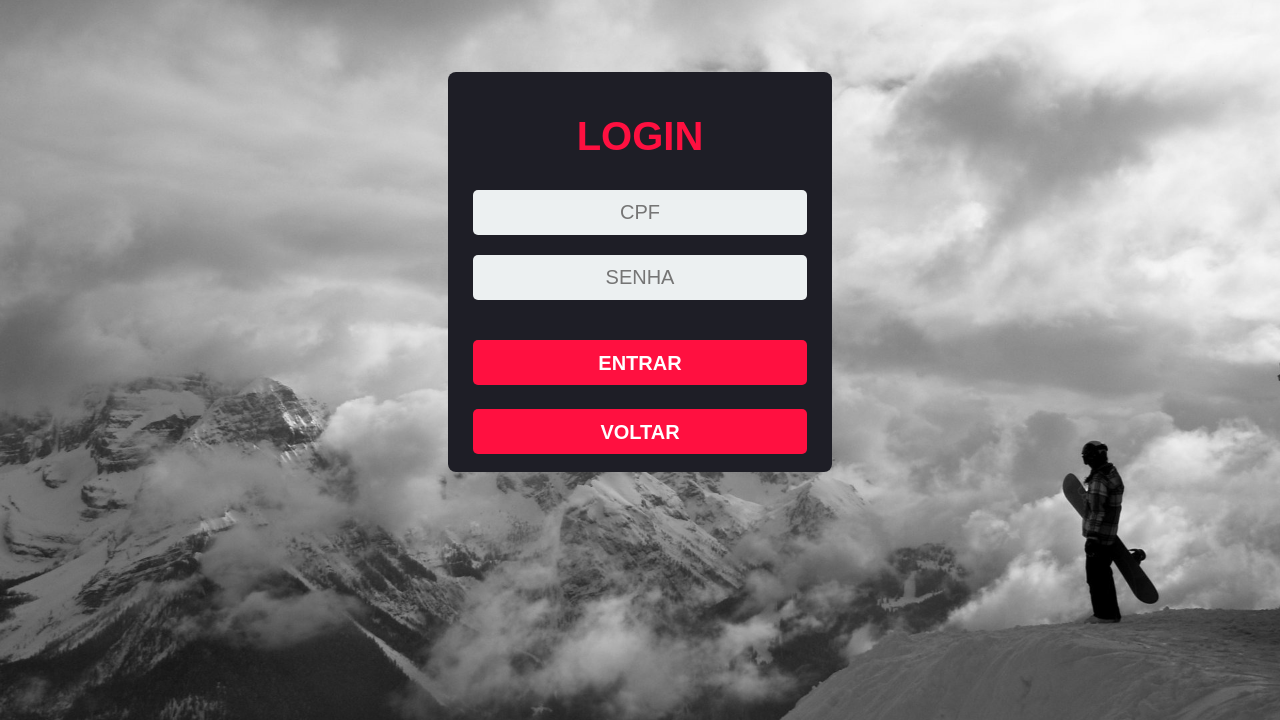
Repository: davitolentino/EventCreator
Page: http://localhost/EventCreator/login.jsp
An editor plug-in stored every save of this project. The page is shown before and after the next save, followed by the edit.
The browser window is 1280 px wide. The pictures show the whole page.
Some web fonts or font styles are not loaded; a fallback is used. The page is served by Tomcat 9. Other server files are loaded and not shown.

Above is the page before, as saved 2020-07-08 16:37:38.

### frontend/EventCreator/WebContent/login.jsp
<%@ page language="java" contentType="text/html; charset=ISO-8859-1"
    pageEncoding="ISO-8859-1"%>
<!DOCTYPE html>
<html>
<head>
<meta charset="ISO-8859-1">
<title>Entrar</title>
<link rel="stylesheet" href="https://fonts.googleapis.com/css?family=Raleway">
<script src="js\jquery.min.js"></script>
<script src="https://code.jquery.com/jquery-3.4.1.js"></script>
<link rel="stylesheet" href="bootstrap\css\bootstrap.min.css" />
<script src="bootstrap\js\bootstrap.min.js"></script>
<link rel='stylesheet' href='style.css' />
<link rel="shortcut icon" type="image/x-icon" href="img/ico.png">
<style>
    body {
        font-family: 'SST W01 Roman','SST W02 Roman','SST W10 Roman','SST W15 Roman',Arial,Helvetica,sans-serif;
        background-image: url(img/backlogin.jpg);
        background-repeat: no-repeat;
        background-position: center;
        background-size: cover;
        background-repeat: no-repeat;
        height: 90vh;
    }

    a {
        color: white;
    }
    a:link{
        text-decoration: none;
        color: white;
    }
    a:hover{
        text-decoration: none;
        color: white
    }

    #loginG {
        color: #ff1040;
    }

    * {
        margin: 0;
        padding: 0;
        outline: none;
        box-sizing: border-box;
        font-family: 'Raleway', sans-serif;
    }

    .cont {
        position: relative;
        width: 25%;
        height: 400px;
        padding: 10px 25px;
        margin: 10vh auto;
        background: #1e1e26;
        border-radius: 8px;
    }

    .form {
        width: 100%;
        height: 100%;
    }

    h1,
    h2,
    .user,
    .pass {
        text-align: center;
        display: block;
    }

    h1 {
        color: #606060;
        font-weight: bold;
        font-size: 40px;
        margin: 30px auto;
    }

    .user,
    .pass,
        .login {
            width: 100%;
            height: 45px;
            border: none;
            border-radius: 5px;
            font-size: 20px;
            font-weight: lighter;
            margin-bottom: 20px;
        }

    .user,
    .pass {
        background: #ecf0f1;
    }

    .login {
        color: white;
        cursor: pointer;
        margin-top: 20px;
        background: #ff1040;
        transition: 0.4s ease;
        font-weight: bold;
    }

    input {
        color: black;
    }

    .back {
        width: 100%;
        height: 45px;
        border: none;
        border-radius: 5px;
        font-size: 20px;
        font-weight: lighter;

        color: white;
        cursor: pointer;

        background: #ff1040;
        transition: 0.4s ease;
        font-weight: bold;
    }

    .login:hover {
        background: #ff0033;
    }

    .back:hover {
        background: #ff0033;
    }


    @media only screen and (min-width : 50px) {
        .cont {
            width: 300%
        }
    }

    @media only screen and (min-width : 280px) {
        .cont {
            width: 90%
        }
    }

    @media only screen and (min-width : 480px) {
        .cont {
            width: 60%
        }
    }

    @media only screen and (min-width : 768px) {
        .cont {
            width: 40%
        }
    }

    @media only screen and (min-width : 992px) {
        .cont {
            width: 30%
        }
    }

    h2 {
        color: #fff;
        margin-top: 25px;
    }
</style>
</head>
<body>
	<%
		String right = request.getParameter("right");
		if(right != null){
			if(right.equals("right")){
	%>
		<div class="alert alert-danger" align="center">
			Parabéns, você foi cadastrado(a) com sucesso!
		</div>
	<%
			}else{
	%>
		<script>
		 	alert("Erro ao cadastrar123.");
		</script>
	<%
			}
		}
	%>
	<% String whois = (session.getAttribute("user") == null) ? "nobody" : session.getAttribute("user").toString();%>
	<div class="cont">
        <div class="form">
			<form method="POST" action="process">
			    <%if(whois.equals("nobody")){ %>
			    	<h1 id="loginG">LOGIN</h1>
				    <input type="text" class="user" name="cpf" placeholder="CPF"/>
				    <input type="password" class="pass" name="senha" placeholder="SENHA"/>
			    	<input type="hidden" name="log" value="true">
			    	<button class="login">ENTRAR</button>
			    <%}else{ %>
			    	<input type="hidden" name="log" value="false">
			    	<button class="login mt-5 mb-5">SAIR</button>
			    <%} %>

			    <input type="hidden" name="action" value="auth">
			</form>
			<button class="btn back mt-1"><a href="home.jsp">VOLTAR</a></button>
		</div>
	</div>
</body>
</html>

### frontend/EventCreator/WebContent/style.css
* {
    margin: 0;
    padding: 0;
    color: whitesmoke;
}

body {
    font-family: 'SST W01 Roman','SST W02 Roman','SST W10 Roman','SST W15 Roman',Arial,Helvetica,sans-serif;
    background-color: #ff1040;
    width: 100%;
    height: 100%;
    min-width: 20%;
    min-height: 20%;
}


::-webkit-scrollbar {
    width: 12px;
    background-color: #F5F5F5;
}

::-webkit-scrollbar-thumb {
    border-radius: 10px;
    -webkit-box-shadow: inset 0 0 6px rgba(0, 0, 0, .3);
    background-color: #555;
}

#navbar{
    width: 100%;
    height: 50%;
}


#logo{
    max-width: 280px;
    min-width: 200px;
    height: 48px;
    max-height: 80;
    margin-left: 5rem;

}

.nav-item {
    float: right;
    display: flex;
    justify-content: end;
    margin-left: 2rem;
    font-size: 1rem;
}


.navbar-toggler{
    background-color: white;
    text-align: center;
}

.carousel-item{
    max-width: 100%;
    max-height: 1000px;

}



.padding-64 {
    padding-top: 64px;
    padding-bottom: 64px;
}

#sectioncards{
    background-color: whitesmoke;
    text-align: center;
    display: block;
    width: 100%;
    background-repeat: no-repeat;
    border-bottom: 100px solid transparent;
}

.container {
    width: 100%;
    display: flex;
    flex-wrap: wrap;
    justify-content: space-between;
    max-width: 80%;
    margin: 0 auto;
    padding: 1rem;
}

.box {
    position: relative;
    width: 300px;
    height: 400px;
    background: transparent;
    display: flex;
    padding: 1rem;
}

@media (min-width: 40rem) {
    .box {
        width: 50%;
    }
}

@media (min-width: 56rem) {
    .box {
        width: 33.3333%;
    }
}

.box .imgBx {
    position: relative;
    top: 0;
    left: 0;
    width: 100%;
    height: 100%;
}

.box .imgBx img {
    position: absolute;
    top: 0;
    left: 0;
    width: 100%;
    height: 100%;
    object-fit: cover;
    transition: 0.5s;
}

.box:hover .imgBx img {
    opacity: 0;
}

.box .content {

    position: absolute;
    bottom: 20px;
    left: 10%;
    width: 80%;
    height: 60px;
   /* background: rgba(0, 0, 0, 0.808);*/
    transition: 0.5s;
    overflow: hidden;
    padding: 15px;
    box-sizing: border-box;
}

.box:hover .content {
    width: 100%;
    height: 100%;
    bottom: 0;
    left: 0;
}

.box .content h3 {
    margin: 0;
    padding: 0;
    font-size: 20px;
}

.box .content p {
    color: whitesmoke;
    margin: 10px 0 0;
    padding: 0;
    opacity: 0;
    line-height: 1.2em;
    transition: 0.5s;

}

.box:hover .content p {
    opacity: 1;
    transition-delay: 0.5s;
}

/*APP*/

#sectionApp {
    background-color: white;
    width: 100%;
}

#smartphone {
    max-width: 500px;
    width: 100%;
    max-height: 500px;
    min-height: auto;
    background-size: 100%;
    background-repeat: no-repeat;
}

.containerApp,
.panel {
    padding: 0.01em 16px;
}

.contentApp {
    max-width: 980px;
}

.contentApp,
.auto {
    margin-left: auto;
    margin-right: auto;
}

#AppText {
    border-radius: 50px red;
    color: #ff1040;
}


.container2 {
    width: 100%;
    display: flex;
    flex-wrap: wrap;
    justify-content: space-evenly;
    max-width: 80%;
    margin: 0 auto;
    padding: 1rem;
}

/*footer*/

.footer
{
  background-color:#ff1040;
  padding:45px 0 20px;
  font-size:15px;
  line-height:24px;
  color:white;
  font-family: 'SST W01 Roman','SST W02 Roman','SST W10 Roman','SST W15 Roman',Arial,Helvetica,sans-serif;
}

.footer h6{
  color:white;
  font-size:16px;
  text-transform:uppercase;
  margin-top:5px;
  letter-spacing:2px
}

.footer a{
  color:white;
}

.footer a:hover{
  color:black;
  text-decoration:none;
}

.footer-links{
  padding-left:0px;
  list-style:none;
}

.footer-links li{
  display:block
}

/*footer fim*/




































.cards-list {
    background-color: whitesmoke;
    z-index: 0;
    width: 100%;
    display: flex;
    justify-content: space-around;
    flex-wrap: wrap;
  }

  .card {
    margin: 30px auto;
    width: 300px;
    height: 300px;
    border-radius: 40px;
    box-shadow: 5px 5px 30px 7px rgba(0,0,0,0.25), -5px -5px 30px 7px rgba(0,0,0,0.22);
    cursor: pointer;
    transition: 0.4s;
  }

  .card .card_image {
    width: inherit;
    height: inherit;
    border-radius: 40px;
  }

  .card .card_image img {
    width: inherit;
    height: inherit;
    border-radius: 40px;
    object-fit: cover;
  }

  .card .card_title {
    text-align: center;
    border-radius: 0px 0px 40px 40px;
    font-family: sans-serif;
    font-weight: bold;
    font-size: 30px;
    margin-top: -80px;
    height: 40px;
  }

  .card:hover {
    transform: scale(0.9, 0.9);
    box-shadow: 5px 5px 30px 15px rgba(0,0,0,0.25),
      -5px -5px 30px 15px rgba(0,0,0,0.22);
  }

  .title-white {
    color: white;
  }

  .title-black {
    color: black;
  }

  @media all and (max-width: 500px) {
    .card-list {
      /* On small screens, we are no longer using row direction but column */
      flex-direction: column;
    }
  }


  /*
  .card {
    margin: 30px auto;
    width: 300px;
    height: 300px;
    border-radius: 40px;
    background-image: url('https://i.redd.it/b3esnz5ra34y.jpg');
    background-size: cover;
    background-repeat: no-repeat;
    background-position: center;
    background-repeat: no-repeat;
  box-shadow: 5px 5px 30px 7px rgba(0,0,0,0.25), -5px -5px 30px 7px rgba(0,0,0,0.22);
    transition: 0.4s;
  }
  */

Loaded but not shown: frontend/EventCreator/WebContent/js/jquery.min.js (library); frontend/EventCreator/WebContent/bootstrap/css/bootstrap.min.css (library); frontend/EventCreator/WebContent/bootstrap/js/bootstrap.min.js (library)

After the next save:
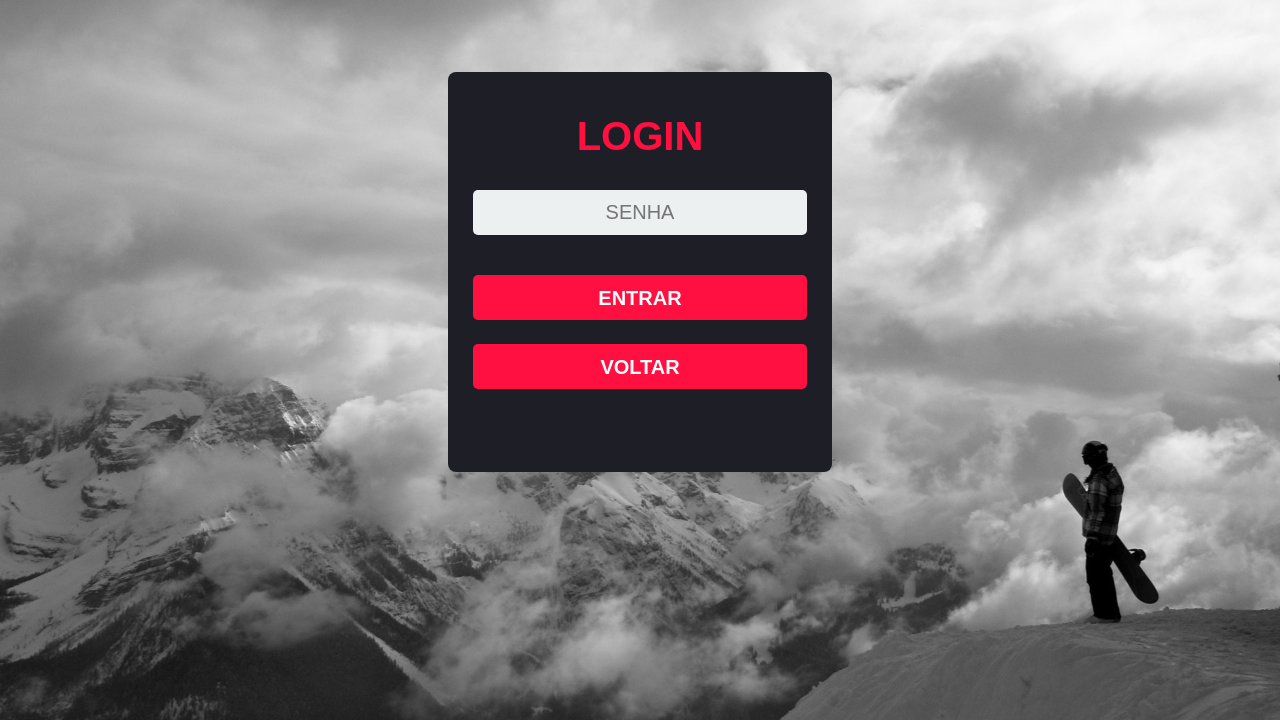
Saved 99 s later.
--- a/frontend/EventCreator/WebContent/login.jsp
+++ b/frontend/EventCreator/WebContent/login.jsp
@@ -170,6 +170,7 @@
 </head>
 <body>
 	<%
+		String cpf = request.getParameter("cpf");
 		String right = request.getParameter("right");
 		if(right != null){
 			if(right.equals("right")){
@@ -193,7 +194,9 @@
 			<form method="POST" action="process">
 			    <%if(whois.equals("nobody")){ %>
 			    	<h1 id="loginG">LOGIN</h1>
-				    <input type="text" class="user" name="cpf" placeholder="CPF"/>
+			    	<% if(cpf != null){ %>
+				    	<input type="text" class="user" name="cpf" value="<%=cpf %>" placeholder="CPF"/>
+				    <%} %>
 				    <input type="password" class="pass" name="senha" placeholder="SENHA"/>
 			    	<input type="hidden" name="log" value="true">
 			    	<button class="login">ENTRAR</button>

After the save that followed:
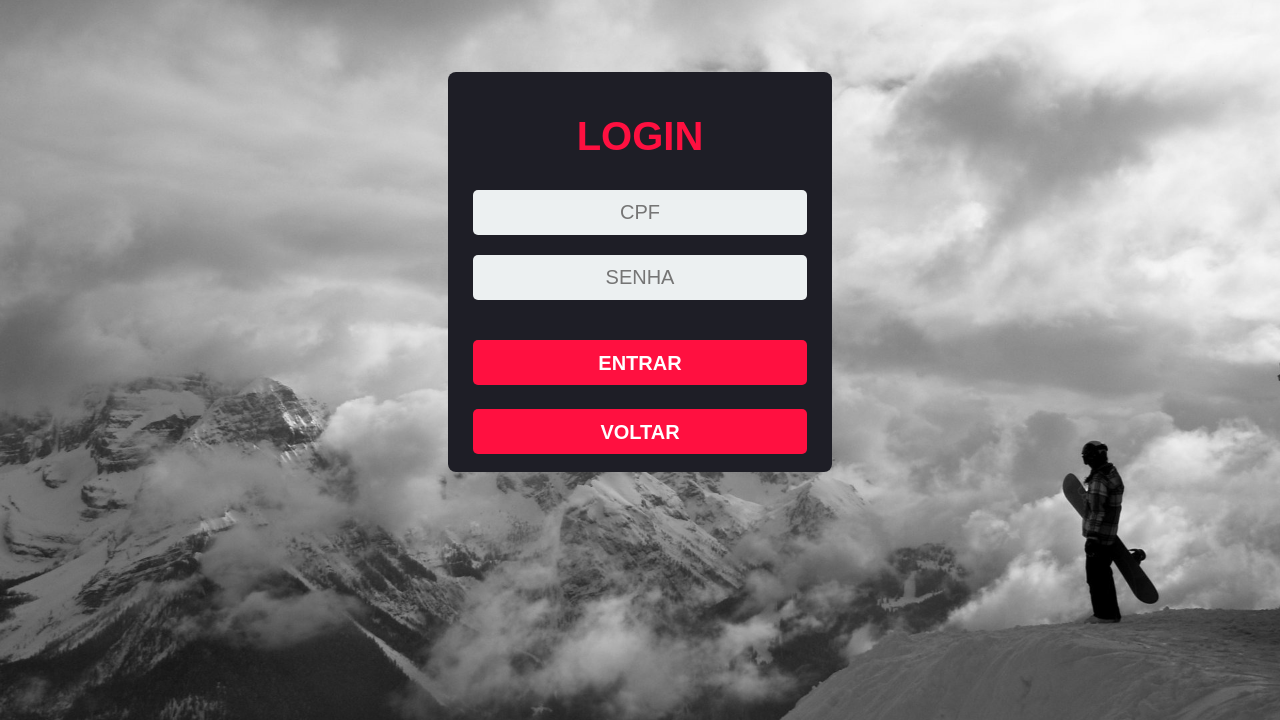
Saved 94 s later.
--- a/frontend/EventCreator/WebContent/login.jsp
+++ b/frontend/EventCreator/WebContent/login.jsp
@@ -196,6 +196,8 @@
 			    	<h1 id="loginG">LOGIN</h1>
 			    	<% if(cpf != null){ %>
 				    	<input type="text" class="user" name="cpf" value="<%=cpf %>" placeholder="CPF"/>
+				    <%}else { %>
+				    	<input type="text" class="user" name="cpf" placeholder="CPF"/>
 				    <%} %>
 				    <input type="password" class="pass" name="senha" placeholder="SENHA"/>
 			    	<input type="hidden" name="log" value="true">
